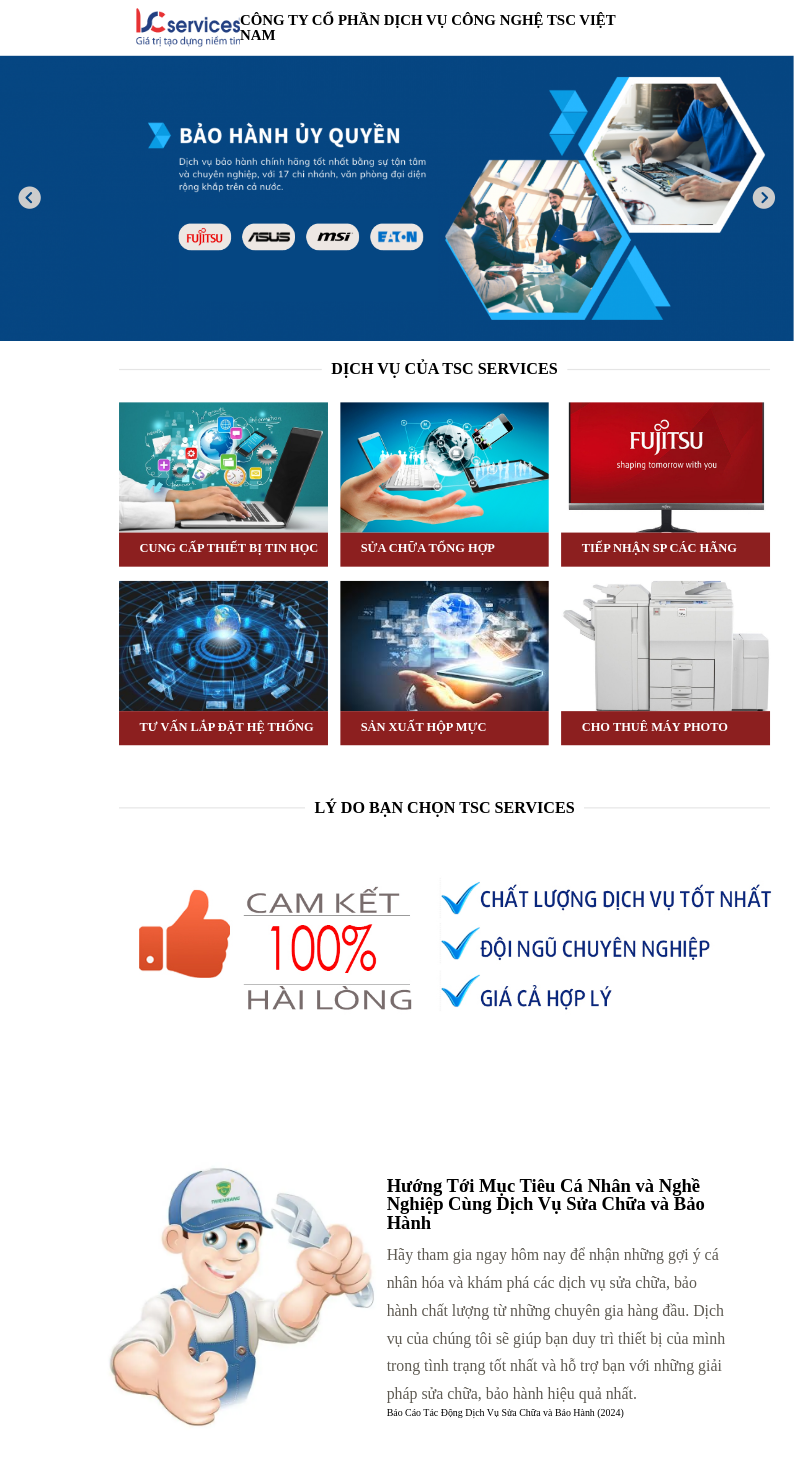
Repository: nguyentrongdai34/tsc-project
Page: index.html
The author's editor kept a copy of each file at every save. The page is drawn from the files as they stood at one save, then again after the next save.
The browser window is 1280 px wide. The page is 1288 px wide, so the pictures cover 1288 px, including what lies to the right of the window. The pictures show the whole page, at 62% of full size.

Above is the page before, as saved 2024-12-03 13:59:34.

### index.html
<!DOCTYPE html>
<html lang="en">
  <head>
    <meta charset="UTF-8" />
    <meta name="viewport" content="width=device-width, initial-scale=1.0" />
    <link rel="preconnect" href="https://fonts.googleapis.com" />
    <link rel="preconnect" href="https://fonts.gstatic.com" crossorigin />
    <link
      href="https://fonts.googleapis.com/css2?family=Poppins:wght@300;400;500;600;700&family=Roboto:ital,wght@0,100;0,300;0,400;0,500;0,700;0,900;1,100;1,300;1,400;1,500;1,700;1,900&display=swap"
      rel="stylesheet"
    />
    <link
      rel="stylesheet"
      href="https://cdnjs.cloudflare.com/ajax/libs/font-awesome/6.7.1/css/all.min.css"
      integrity="sha512-5Hs3dF2AEPkpNAR7UiOHba+lRSJNeM2ECkwxUIxC1Q/FLycGTbNapWXB4tP889k5T5Ju8fs4b1P5z/iB4nMfSQ=="
      crossorigin="anonymous"
      referrerpolicy="no-referrer"
    />
    <link rel="stylesheet" href="./reset.css" />
    <link rel="stylesheet" href="./style.css" />
    <title>CÔNG TY CỔ PHẦN DỊCH VỤ CÔNG NGHỆ TSC VIỆT NAM</title>
  </head>
  <body>
    <!-- heaer-main -->
    <div class="header-main">
      <!-- header -->
      <div class="header">
        <!-- logo -->
        <div class="header-logo">
          <img src="./img/Logo-tsc.png" alt="công ty logo" />
        </div>
        <!-- header-slogan -->
        <span class="header-slogan">
          <strong>CÔNG TY CỔ PHẦN DỊCH VỤ CÔNG NGHỆ TSC VIỆT NAM</strong>
        </span>
      </div>
    </div>

    <!-- Hero -->
    <div class="hero">
      <div class="hero-img">
        <img src="./img/tsc1.png" alt="" class="slider-image" />

        <div class="hero-circle">
          <i
            class="circle-left fa-solid fa-circle-chevron-left"
            onclick="prev()"
          ></i>
          <i
            class="circle-right fa-solid fa-circle-chevron-right"
            onclick="next()"
          ></i>
        </div>
      </div>
    </div>

    <!-- Section -->
    <div class="section">
      <div class="section-container">
        <h2 class="section-title">
          <b></b>
          <span class="section-title-main">DỊCH VỤ CỦA TSC SERVICES</span>
          <b></b>
        </h2>
      </div>
      <div class="row">
        <div class="section-gird">
          <div class="grid-item">
            <img src="./img/box-item1.jpg" alt="Image 1" />
            <div class="section-box">
              <span class="box-item-inner">CUNG CẤP THIẾT BỊ TIN HỌC</span>
            </div>
          </div>

          <div class="grid-item">
            <img src="./img/box-item2.jpg" alt="Image 2" />
            <div class="section-box">
              <span class="box-item-inner">SỬA CHỮA TỔNG HỢP</span>
            </div>
          </div>
          <div class="grid-item">
            <img src="./img/box-item3.png" alt="Image 3" />
            <div class="section-box">
              <span class="box-item-inner">TIẾP NHẬN SP CÁC HÃNG </span>
            </div>
          </div>
          <div class="grid-item">
            <img src="./img/box-item4.jpg" alt="Image 4" />
            <div class="section-box">
              <span class="box-item-inner">TƯ VẤN LẮP ĐẶT HỆ THỐNG</span>
            </div>
          </div>
          <div class="grid-item">
            <img src="./img/box-item5.jpg" alt="Image 5" />
            <div class="section-box">
              <span class="box-item-inner">SẢN XUẤT HỘP MỰC</span>
            </div>
          </div>
          <div class="grid-item">
            <img src="./img/box-item6.jpg" alt="Image 6" />
            <div class="section-box">
              <span class="box-item-inner">CHO THUÊ MÁY PHOTO</span>
            </div>
          </div>
        </div>
      </div>
      <div class="section-container">
        <h2 class="section-title">
          <b></b>
          <span class="section-title-main">lý do bạn chọn TSC SERVICES</span>
          <b></b>
        </h2>
      </div>

      <div class="banner">
        <img src="./img/tsc-thanks.jpg" alt="" />
      </div>
    </div>

    <!-- fetaures -->
    <!-- Features 2-->
    <div class="features features-2nd">
      <div class="main-content">
        <div class="body">
          <div class="images">
            <img
              src="./img/bao-hanh.webp"
              alt="Take the next step toward your personal and professional goals with Lesson."
            />
          </div>
          <div class="content">
            <h2 class="heading_content">
              Hướng Tới Mục Tiêu Cá Nhân và Nghề Nghiệp Cùng Dịch Vụ Sửa Chữa và
              Bảo Hành
            </h2>
            <p class="desc">
              Hãy tham gia ngay hôm nay để nhận những gợi ý cá nhân hóa và khám
              phá các dịch vụ sửa chữa, bảo hành chất lượng từ những chuyên gia
              hàng đầu. Dịch vụ của chúng tôi sẽ giúp bạn duy trì thiết bị của
              mình trong tình trạng tốt nhất và hỗ trợ bạn với những giải pháp
              sửa chữa, bảo hành hiệu quả nhất.
            </p>
            <p class="desc-tsc">
              Báo Cáo Tác Động Dịch Vụ Sửa Chữa và Bảo Hành (2024)
            </p>
          </div>
        </div>
      </div>
    </div>

    <script src="./SliderImage.js"></script>
  </body>
</html>

### style.css
.header-main {
  display: flex;
  height: 90px;
}

.header {
  display: flex;
  /* background-color: #ccc; */
  justify-content: space-between;
  flex-direction: column;
  align-items: center;
  width: 100%;
  flex-flow: row nowrap;
  padding-right: 15px;
}

.header-logo img {
  object-fit: cover;
  margin-left: 220px;
  width: 167px;
  height: 62px;
}

.header-slogan {
  margin-right: 220px;
  font-size: 24px;
}

.header-slogan strong {
  text-direction: none;
  font-weight: bolder;
  text-transform: uppercase;
}

/* hero */

.hero {
  cursor: pointer;
  padding: 0 0 30px 0;
}

.hero-img img {
  width: 100%;
  height: 460px;
  position: relative;
  object-fit: cover;
}

.hero-circle {
  top: 42%;
  position: absolute;
}

.hero-circle i {
  color: #ccc;
  font-size: 36px;
}

.hero-circle i:hover {
  transition: color 0.3s ease, background-color 0.3s ease;
  color: #dd3333;
}

.hero-circle {
  width: 100%;
  display: flex;
  justify-content: space-between;
  z-index: 999;
}

.circle-left {
  margin-left: 30px;
}

.circle-right {
  margin-right: 30px;
  width: 36px;
  height: 36px;
}

/* section */
.section {
  width: 1050px;
  margin-left: 15%;
}

.section-title {
  position: relative;
  display: flex;
  flex-flow: row wrap;
  align-items: center;
  justify-content: space-between;
  width: 100%;
  padding-bottom: 40px;
}

.section-title b {
  display: block;
  -ms-flex: 1;
  flex: 1;
  height: 2px;
  opacity: 0.1;
  background-color: currentColor;
}

.section-title-main {
  margin: 0 15px;
  font-size: 26px;
  text-transform: uppercase;
  font-weight: 700;
}

.row {
}

.section-gird {
  display: grid;
  grid-template-columns: repeat(3, 1fr);
  gap: 20px;
  grid-template-rows: auto auto;
  padding-bottom: 85px;
}

.grid-item img {
  width: 338px;
  height: 210px;
  object-fit: cover;
  max-width: 100%;
}

.btn {
  margin-top: 10px; /* Khoảng cách giữa ảnh và button */
  padding: 10px 20px;
  background-color: #c42e2b;
  color: white;
  border: none;
  cursor: pointer;
  font-size: 16px;
  text-transform: uppercase;
  border-radius: 5px;
  transition: background-color 0.3s;
}

.btn:hover {
  background-color: #a02626;
}

.section-box {
  transform: translateY(-3px);
  background-color: rgb(140, 31, 31);
  padding: 15px 15px 20px;
}

.box-item-inner {
  font-weight: 700;
  font-size: 20px;
  color: #ffffff;
  margin-left: 18px;
}

/* features */
/* Features */

.features {
  margin-top: 135px;
  padding: 65px 0;
}

.features .body {
  display: flex;
  padding-left: 12%;
}

.features .images {
  display: flex;
  gap: 0 30px;
}

.features .images img {
  width: 270px;
  height: 404px;
  border-radius: 16px;
  object-fit: cover;
}

.features img.lower {
  margin-top: 34px;
}

.features .content {
  width: 41%;
  display: flex;
  flex-direction: column;
  align-items: flex-start;
  justify-content: center;
}

.features .desc {
  margin-top: 16px;
  font-size: 1.6rem;
  line-height: 1.75;
  color: #5f5b53;
}

.features .content .cta-btn {
  margin-top: 32px;
  min-width: 137px;
  color: #fff;
  background: var(--primary-color);
}

.features-2nd {
  margin-top: 70px;
}

.features-2nd .content {
  width: 49%;
}

.features-2nd .images img {
  width: 470px;
  height: 440px;
}

.heading_content {
  font-size: 30px;
  font-weight: 700;
}

.desc-tsc {
  color: #000;
}

### SliderImage.js
let Slider_image = document.querySelector(".slider-image");
let images = ["tsc1.png", "tsc2.png", "tsc3.png", "tsc4.png", "tsc5.png"];
let i = 0; // Giá Trị bắt đầu index

function prev() {
  if (i <= 0) i = images.length;
  i--;
  return setImg();
}

function next() {
  if (i >= images.length - 1) i = -1;
  i++;
  return setImg();
}

function setImg() {
  return Slider_image.setAttribute("src", "./img/" + images[i]);
}

Loaded but not shown: reset.css (common file)

After the next save:
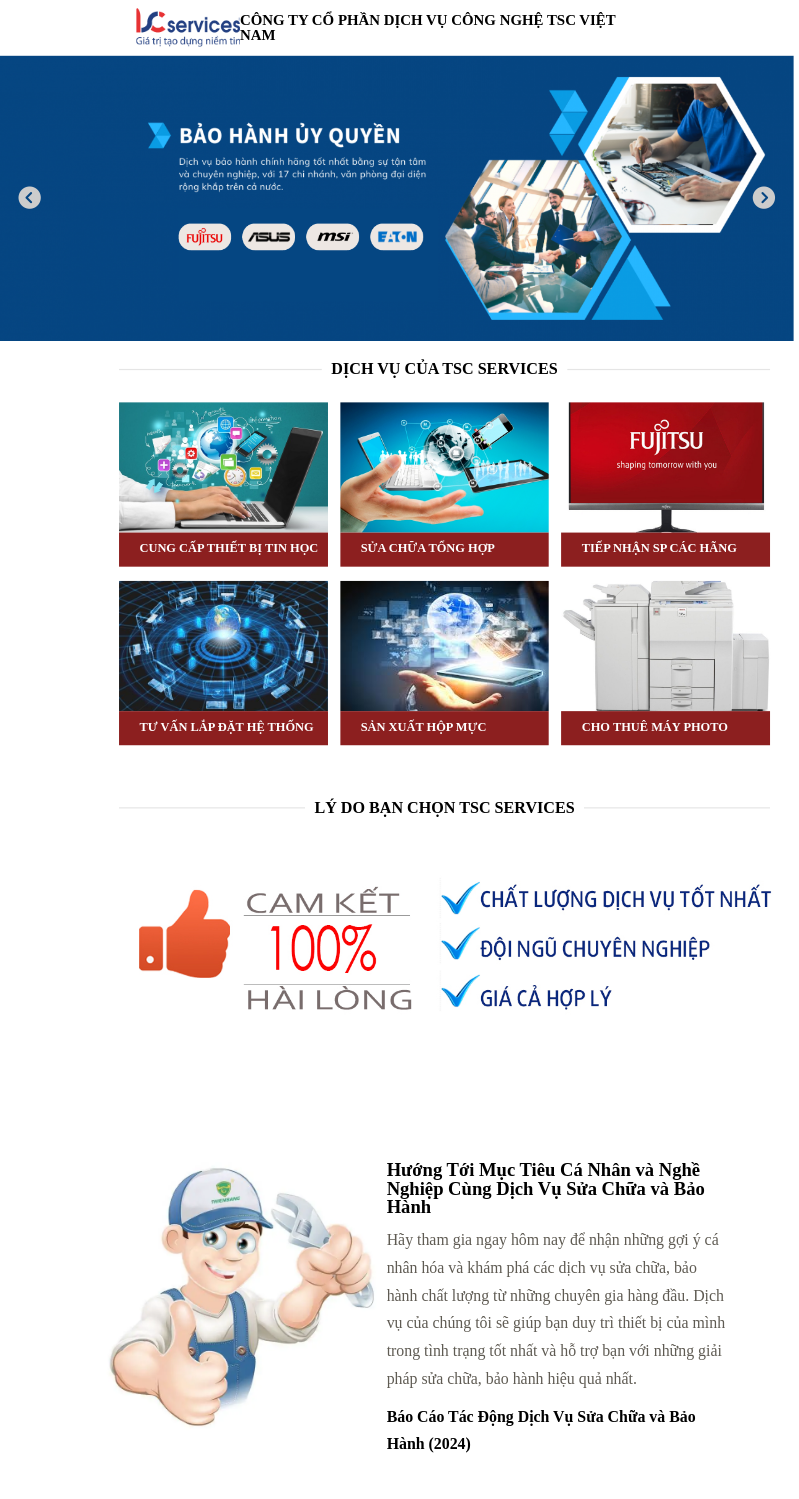
Saved 8 s later.
--- a/style.css
+++ b/style.css
@@ -228,5 +228,9 @@
 }
 
 .desc-tsc {
+  margin-top: 16px;
+  font-size: 1.6rem;
+  line-height: 1.75;
   color: #000;
-}
+  font-weight: 600;
+}
